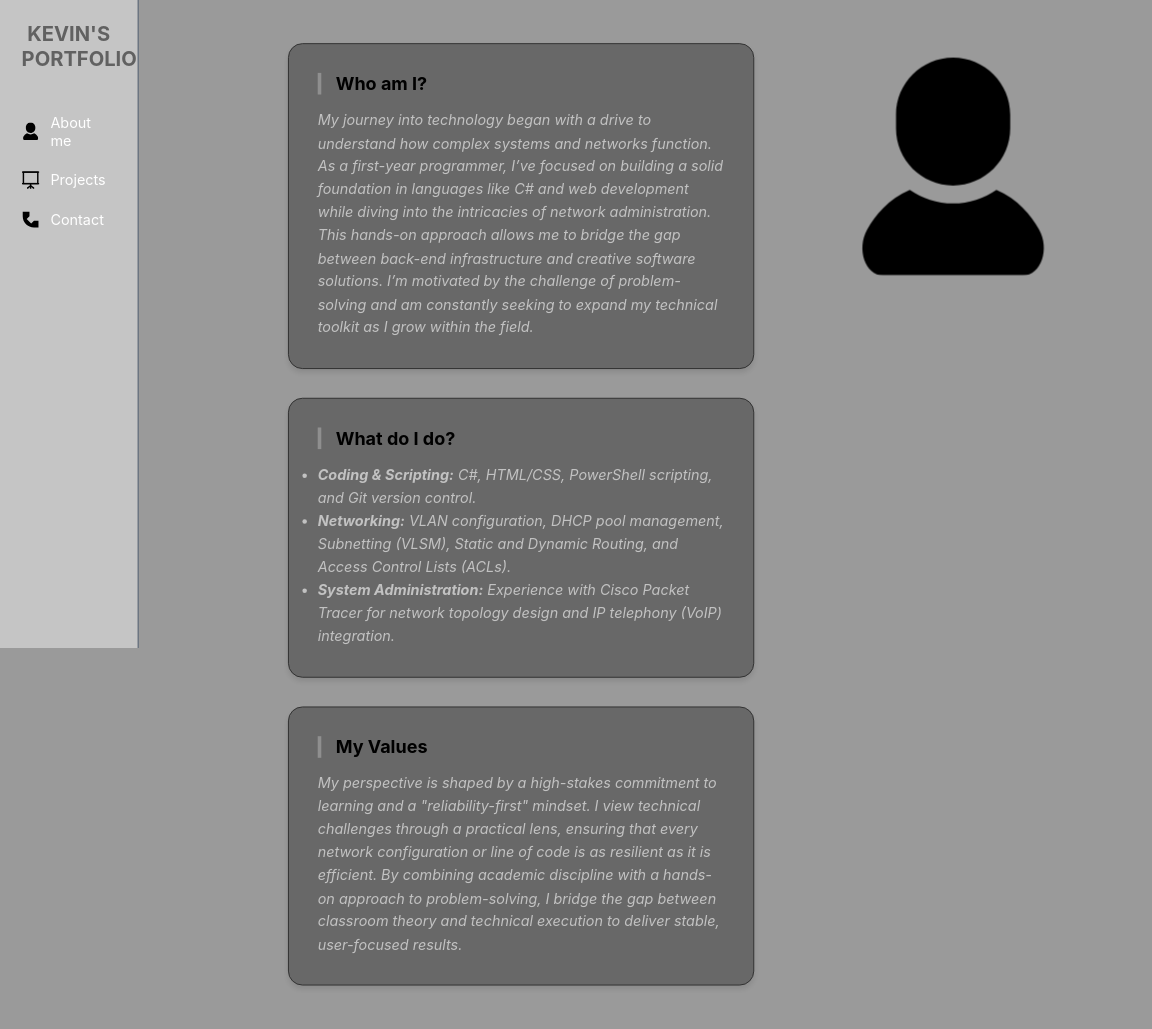
Repository: KevinSamaha/Kevin_Samaha
Page: pages/index.html
The author's editor kept a copy of each file at every save. The page is drawn from the files as they stood at one save, then again after the next save.
The browser window is 1280 px wide. The pictures show the whole page, at 90% of full size.

Above is the page before, as saved 2026-05-14 00:20:11.

### pages/index.html
<!doctype html>
<html lang="en">
  <head>
    <meta charset="UTF-8" />
    <meta name="viewport" content="width=device-width, initial-scale=1.0" />
    <title>Kevin's Portfolio</title>

    <link rel="stylesheet" href="../styles/index.css"/>
    <link rel="stylesheet" href="../styles/global.css"/>
  </head>

  <body>
    <!-- SIDEBAR / HEADER -->
    <header>
      <h2 class="logo">KEVIN'S PORTFOLIO</h2>

      <nav>
        <ul class="sidebarcontainer">
          <li>
            <a class="sidebar" href="index.html">
              <img src="../Assets/images/me.svg" class="icon" />
              About me
            </a>
          </li>

          <li>
            <a class="sidebar" href="projects.html">
              <img src="../Assets/images/project.svg" class="icon" />
              Projects
            </a>
          </li>

          <li>
            <a class="sidebar" href="contact.html">
              <img src="../Assets/images/phone.svg" class="icon" />
              Contact
            </a>
          </li>
        </ul>
      </nav>
    </header>

    <!-- MAIN -->
    <main>
      <!-- LEFT COLUMN -->
      <section class="questions-column">
        <article class="content-box">
          <h2 class="question">Who am I?</h2>

          <p class="answer">
            My journey into technology began with a drive to understand
            how complex systems and networks function. As a first-year programmer,
            I’ve focused on building a solid foundation in languages like C# and web
            development while diving into the intricacies of network administration.
            This hands-on approach allows me to bridge the gap between back-end infrastructure
            and creative software solutions. I’m motivated by the challenge of problem-solving
            and am constantly seeking to expand my technical toolkit as I grow within the field.
          </p>
        </article>

        <article class="content-box">
          <h2 class="question">What do I do?</h2>
        <ul class="answer">
        <li><strong>Coding & Scripting:</strong> C#, HTML/CSS, PowerShell scripting, and Git version control.</li>
        <li><strong>Networking:</strong> VLAN configuration, DHCP pool management, Subnetting (VLSM), Static and Dynamic Routing, and Access Control Lists (ACLs).</li>
        <li><strong>System Administration:</strong> Experience with Cisco Packet Tracer for network topology design and IP telephony (VoIP) integration.</li>
        </ul>
        </article>

        <article class="content-box">
          <h2 class="question">My Values</h2>

          <p class="answer">
            My perspective is shaped by a high-stakes commitment to learning and a
            "reliability-first" mindset. I view technical challenges through a
            practical lens, ensuring that every network configuration or line of
            code is as resilient as it is efficient. By combining academic discipline
            with a hands-on approach to problem-solving, I bridge the gap between
            classroom theory and technical execution to deliver stable, user-focused results.
          </p>
        </article>
      </section>

      <!-- RIGHT COLUMN -->
      <section class="image-column">
        <article class="profile-container">
          <img class="profile-frame" src="../Assets/images/me.svg" alt="../Assets/images/deer.png"/>
        </article>
      </section>
    </main>
  </body>
</html>

### styles/index.css
/* GENERAL */

* {
  margin: 0;
  padding: 0;
  box-sizing: border-box;
}

body {
  font-family: "Inter", sans-serif;
  background-color: #00000065;
  color: white;

  min-height: 100vh;

  display: flex;
}

/* =========================
   SIDEBAR
========================= */


/* =========================
   MAIN CONTENT
========================= */

main {
  margin-left: 17rem;
  width: 100%;
  display: flex;
  gap: 3rem;
  padding: 3rem;
}

/* =========================
   LEFT COLUMN
========================= */

.questions-column {
  flex: 1.2;
  display: flex;
  flex-direction: column;
  gap: 2rem;
}

.content-box {
  background-color: #686868;
  padding: 2rem;
  border-radius: 1rem;
  border: 0.0625rem solid #2b2b2b;
  box-shadow: 0 0.25rem 0.375rem rgba(0, 0, 0, 0.1);
}

.question {
  font-size: 1.25rem;
  margin-bottom: 1rem;
  color: black;
  border-left: 0.25rem solid #8f8f8f;
  padding-left: 1rem;
}

.answer {
  color: #c2c2c2;
  font-style: italic;
  line-height: 1.6;
}

/* =========================
   IMAGE COLUMN
========================= */

.image-column {
  flex: 0.8;
  display: flex;
  justify-content: center;
  align-items: flex-start;
}

.profile-container {
  position: sticky;
  top: 4rem;
  width: 100%;
  display: flex;
  justify-content: center;
}

.profile-frame {
  width: 70%;
  min-width: 50%;
  border-radius: 1.25rem;
  object-fit: cover;
}
/* =========================
   MOBILE
========================= */
@media (max-width: 64rem) {
  body {
    flex-direction: column;
  }

  /* HEADER */
  header {
    width: 100%;
    min-width: 100%;
    height: auto;
    position: fixed;
    border-right: none;
    border-bottom: 0.0625rem solid #334155;
    padding: 1rem;
  }

  .sidebarcontainer {
    flex-direction: row;

    justify-content: center;
    align-items: center;

    flex-wrap: wrap;

    gap: 1.5rem;

    margin-top: 1rem;
  }

  .sidebar {
    font-size: 0.9rem;
  }

  /* MAIN */
  main {
    margin-left: 0;

    margin-top: 10rem;

    flex-direction: column;

    padding: 1.5rem;

    gap: 2rem;
  }

  /* IMAGE */
  .image-column {
    order: -1;

    width: 100%;
  }

  .profile-container {
    position: static;
  }

  .profile-frame {
    width: 100%;
    min-width: 70%;
  }
}

### styles/global.css
header {
  width: 12%;
  min-width: 1%;
  height: 100vh;
  background-color: #c5c5c5;
  border-right: 0.0625rem solid #334155;
  position: fixed;
  display: flex;
  flex-direction: column;
  gap: 2rem;
  padding: 1.5rem;
}

.logo {
  font-size: 1.4rem;
  font-weight: 700;
  color: #616161;
  text-align: center;
  margin-bottom: 1rem;
}

.sidebarcontainer {
  list-style: none;
  display: flex;
  flex-direction: column;
  gap: 1.5rem;
}

.sidebar {
  display: flex;
  align-items: center;
  gap: 0.75rem;
  font-size: 1rem;
  text-decoration: none;
  color: inherit;
}

.sidebar:hover {
  color: #000000;
  background-color: #8f8f8f;
  border-radius: 0.5rem;
  transition: 0.2s ease;
}

.icon {
  width: 1.25rem;
  height: 1.25rem;
}

After the next save:
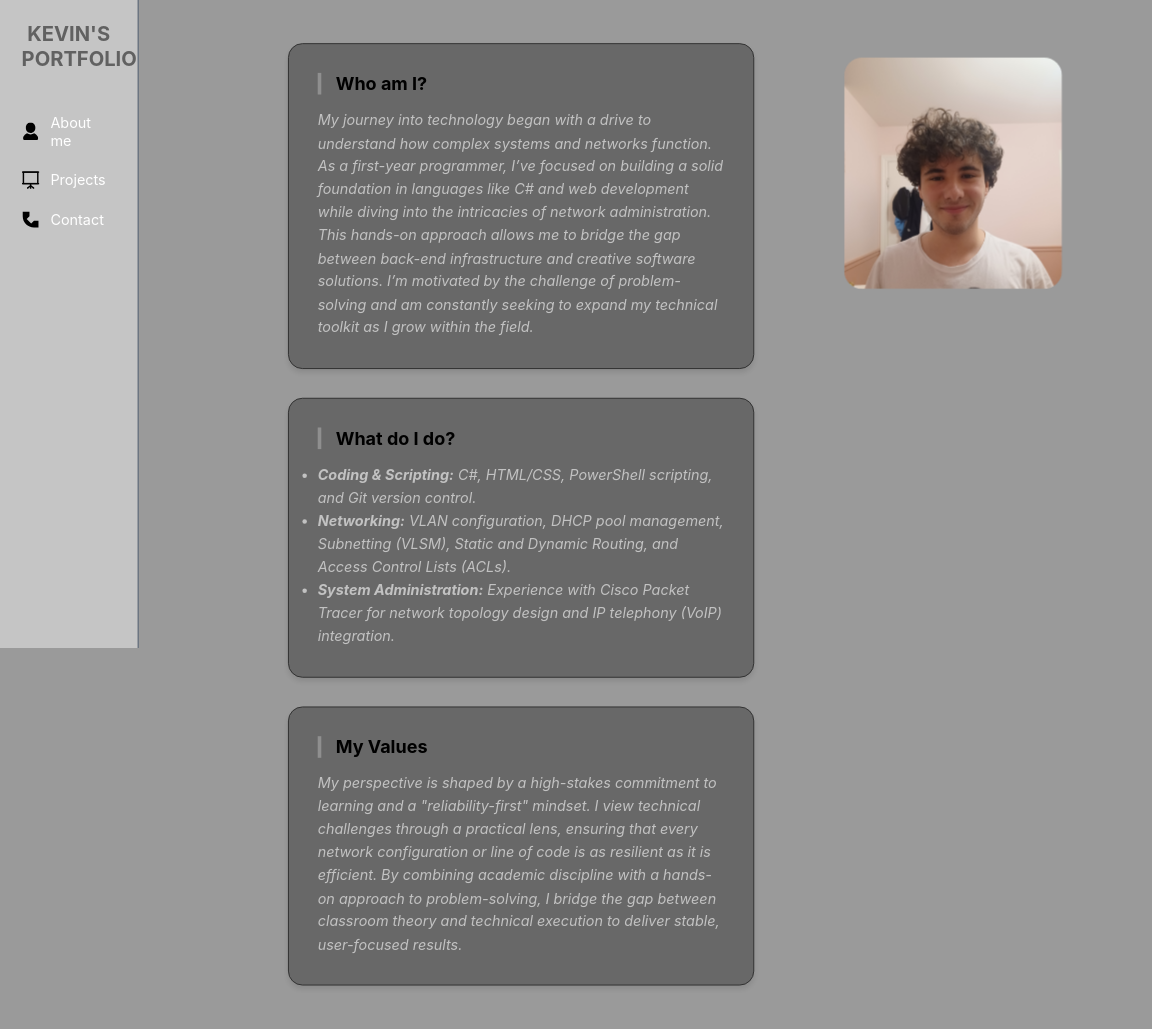
Saved 43 s later.
--- a/pages/index.html
+++ b/pages/index.html
@@ -84,7 +84,7 @@
       <!-- RIGHT COLUMN -->
       <section class="image-column">
         <article class="profile-container">
-          <img class="profile-frame" src="../Assets/images/me.svg" alt="../Assets/images/deer.png"/>
+          <img class="profile-frame" src="../Assets/images/self.jpg" alt="../Assets/images/deer.png"/>
         </article>
       </section>
     </main>
